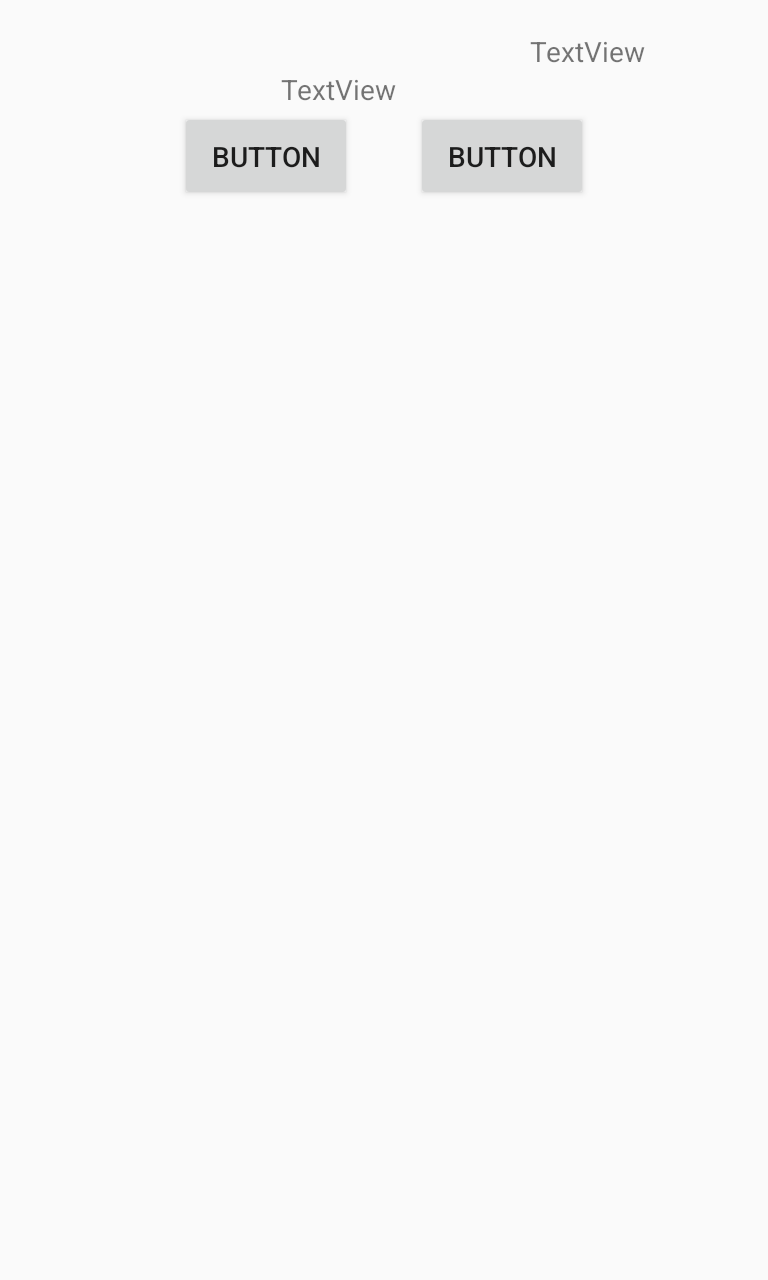
Repository: GitDidNotExitCleanly/AndroidTimer
Layout: StopWatch/res/layout/activity_main.xml
An editor plug-in stored every save of this project. The layout is shown before and after the next save, followed by the edit.
It is drawn on a 768 x 1280 px phone screen (xhdpi) without system bars, with theme AppTheme; the app's code is not run. Lists and similar views that code fills are empty.

Above is the layout before, as saved 2015-03-04 21:31:01.

### StopWatch/res/layout/activity_main.xml
<TableLayout xmlns:android="http://schemas.android.com/apk/res/android"
    xmlns:tools="http://schemas.android.com/tools"
    android:id="@+id/TableLayout1"
    android:layout_width="fill_parent"
    android:layout_height="fill_parent"
    android:paddingBottom="@dimen/activity_vertical_margin"
    android:paddingLeft="@dimen/activity_horizontal_margin"
    android:paddingRight="@dimen/activity_horizontal_margin"
    android:paddingTop="@dimen/activity_vertical_margin"
    tools:context="com.app.stopwatch.MainActivity" >

    <TableRow
        android:id="@+id/tableRow1"
        android:layout_width="wrap_content"
        android:layout_height="wrap_content"
        android:gravity="right" >

        <TextView
            android:id="@+id/textView1"
            android:layout_width="wrap_content"
            android:layout_height="wrap_content"
            android:text="TextView" />
    </TableRow>

    <TableRow
        android:id="@+id/tableRow2"
        android:layout_width="wrap_content"
        android:layout_height="wrap_content"
        android:gravity="center" >

        <TextView
            android:id="@+id/textView2"
            android:layout_width="wrap_content"
            android:layout_height="wrap_content"
            android:text="TextView" />
    </TableRow>

    <TableRow
        android:id="@+id/tableRow3"
        android:layout_width="wrap_content"
        android:layout_height="wrap_content"
        android:gravity="center" >

        <Button
            android:id="@+id/button1"
            android:layout_width="wrap_content"
            android:layout_height="wrap_content"
            android:layout_marginRight="15dp"
            android:text="Button" />

        <Button
            android:id="@+id/button2"
            android:layout_width="wrap_content"
            android:layout_height="wrap_content"
            android:layout_marginLeft="15dp"
            android:text="Button" />

    </TableRow>

    <TableRow
        android:id="@+id/tableRow4"
        android:layout_width="fill_parent"
        android:layout_height="wrap_content"
        android:gravity="center_vertical" >

        <ListView
            android:id="@+id/listView1"
            android:layout_width="fill_parent"
            android:layout_height="wrap_content" >
        </ListView>
    </TableRow>

</TableLayout>

Loaded but not shown: StopWatch/res/values/styles.xml (common file); StopWatch/res/values-v11/styles.xml (common file); StopWatch/res/values-v14/styles.xml (common file); StopWatch/res/values/dimens.xml (common file); StopWatch/res/values-w820dp/dimens.xml (common file)

After the next save:
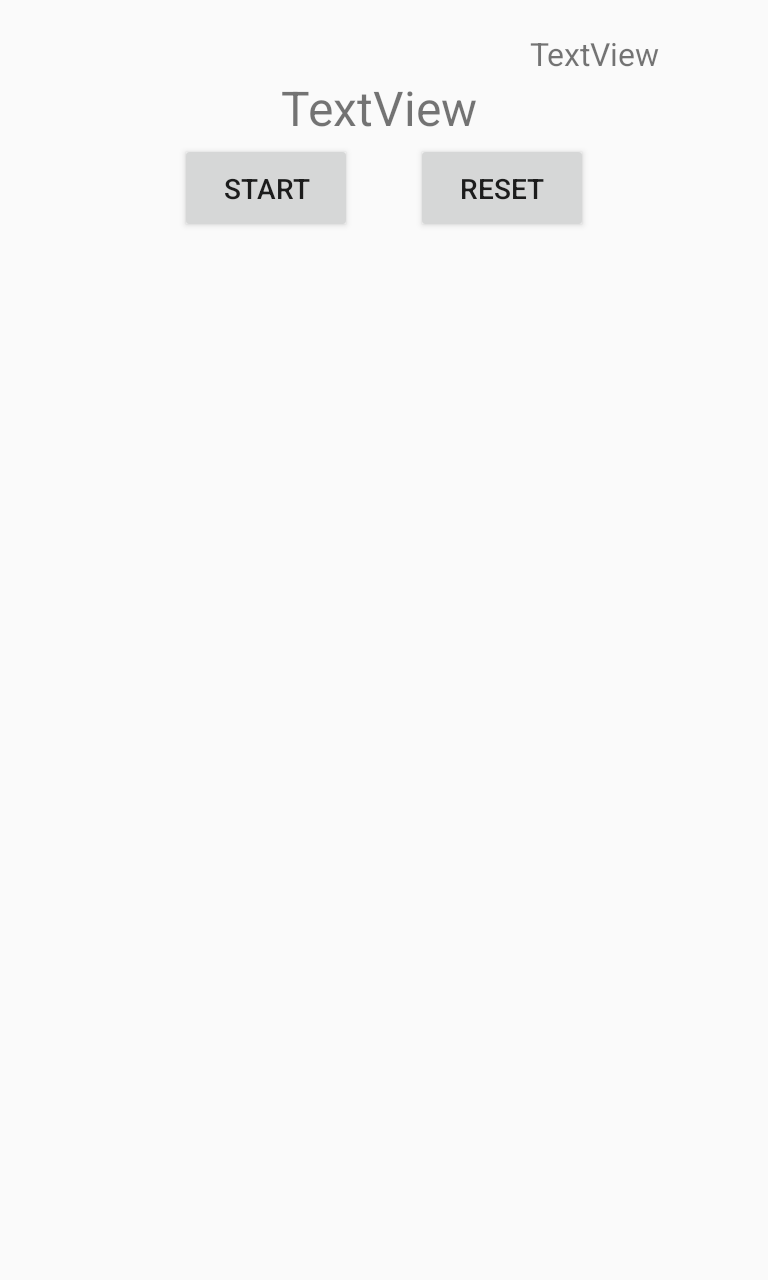
Saved 3 min 11 s later.
--- a/StopWatch/res/layout/activity_main.xml
+++ b/StopWatch/res/layout/activity_main.xml
@@ -19,7 +19,9 @@
             android:id="@+id/textView1"
             android:layout_width="wrap_content"
             android:layout_height="wrap_content"
-            android:text="TextView" />
+            android:text="TextView"
+            android:textSize="@dimen/abc_text_size_menu_material" />
+
     </TableRow>
 
     <TableRow
@@ -32,7 +34,9 @@
             android:id="@+id/textView2"
             android:layout_width="wrap_content"
             android:layout_height="wrap_content"
-            android:text="TextView" />
+            android:text="TextView"
+            android:textSize="@dimen/abc_text_size_headline_material" />
+
     </TableRow>
 
     <TableRow
@@ -46,14 +50,16 @@
             android:layout_width="wrap_content"
             android:layout_height="wrap_content"
             android:layout_marginRight="15dp"
-            android:text="Button" />
+            android:text="Start"
+            android:textSize="@dimen/abc_text_size_button_material" />
 
         <Button
             android:id="@+id/button2"
             android:layout_width="wrap_content"
             android:layout_height="wrap_content"
             android:layout_marginLeft="15dp"
-            android:text="Button" />
+            android:text="Reset"
+            android:textSize="@dimen/abc_text_size_button_material" />
 
     </TableRow>
 
